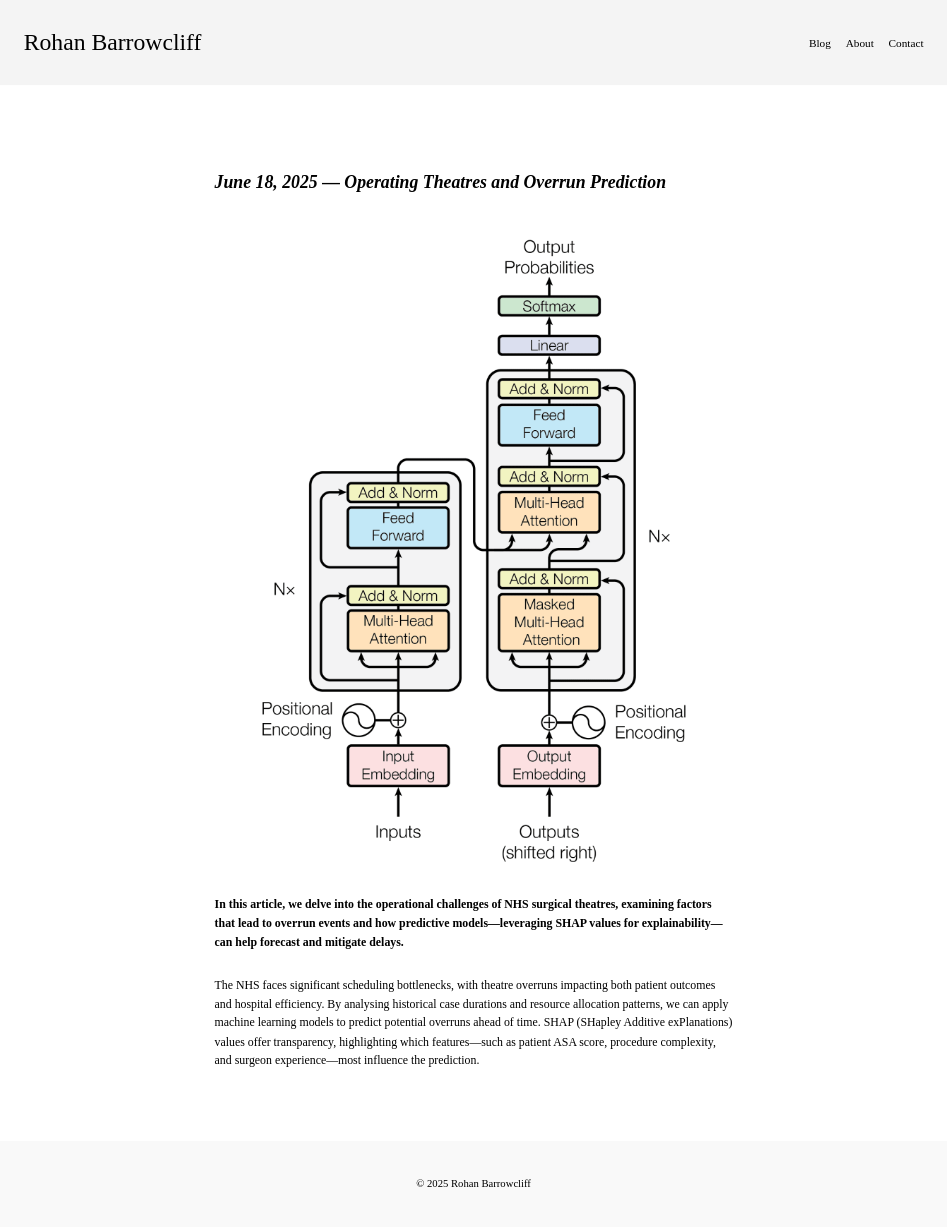
Repository: rgbweston/rgbweston.github.io
Page: operating-theatres-overrun-prediction.html
An editor plug-in stored every save of this project. The page is shown before and after the next save, followed by the edit.
The browser window is 1280 px wide. The pictures show the whole page, at 74% of full size.

Above is the page before, as saved 2025-06-26 11:44:03.

### operating-theatres-overrun-prediction.html
<!DOCTYPE html>
<html lang="en">
<head>
  <meta charset="UTF-8" />
  <meta name="viewport" content="width=device-width, initial-scale=1.0" />
  <meta name="description" content="Operating Theatres and Overrun Prediction by Rohan Barrowcliff" />
  <title>June 18, 2025 — Operating Theatres and Overrun Prediction</title>
  <!-- Favicon -->
  <link rel="icon" href="favicon.ico" type="image/x-icon" />
  <link rel="shortcut icon" href="favicon.ico" type="image/x-icon" />
  <link rel="stylesheet" href="style.css" />
</head>
<body>
  <header class="hero">
    <div class="navbar">
      <h1 class="site-title">Rohan Barrowcliff</h1>
      <nav class="nav-links">
        <a href="index.html#blog">Blog</a>
        <a href="index.html#about">About</a>
        <a href="index.html#contact">Contact</a>
      </nav>
    </div>
  </header>

  <main>
    <section class="section fade-in article-page">
      <h1 class="article-title" style="font-style:italic; font-weight:bold; text-align:left; margin:2rem 0;">
        June 18, 2025 — Operating Theatres and Overrun Prediction
      </h1>

      <img src="transformer.webp"
           alt="Operating Theatres Overrun"
           class="post-image large"
           style="display:block; margin:auto; max-width:90%; height:auto; margin-bottom:1.5rem;" />

      <p style="font-weight:bold; max-width:800px; margin-left:0; margin-bottom:2rem;">
        In this article, we delve into the operational challenges of NHS surgical theatres, examining factors that lead to overrun events and how predictive models—leveraging SHAP values for explainability—can help forecast and mitigate delays.
      </p>

      <!-- Full article content -->
      <p>The NHS faces significant scheduling bottlenecks, with theatre overruns impacting both patient outcomes and hospital efficiency. By analysing historical case durations and resource allocation patterns, we can apply machine learning models to predict potential overruns ahead of time. SHAP (SHapley Additive exPlanations) values offer transparency, highlighting which features—such as patient ASA score, procedure complexity, and surgeon experience—most influence the prediction.</p>
    </section>
  </main>

  <footer class="footer">
    <p>&copy; 2025 Rohan Barrowcliff</p>
  </footer>

  <script>
    // Simple fade-in animation on scroll
    const sections = document.querySelectorAll('.section');
    const observer = new IntersectionObserver(entries => {
      entries.forEach(entry => {
        if (entry.isIntersecting) {
          entry.target.classList.add('fade-in');
        }
      });
    }, { threshold: 0.1 });

    sections.forEach(sec => observer.observe(sec));
  </script>
</body>
</html>

### style.css
/* style.css */
body {
    margin: 0;
    font-family: 'Times New Roman', serif;
    line-height: 1.6;
    background: #fff;
    color: #000;
  }

  .navbar {
    display: flex;
    justify-content: space-between;
    align-items: center;
    padding: 2rem;
    background: #f4f4f4;
    flex-wrap: wrap;
  }

  .site-title {
    font-size: 2rem;
    margin: 0;
  }

  .nav-links a {
    margin-left: 1rem;
    text-decoration: none;
    color: #000;
    font-size: 0.95rem;
  }

  main {
    max-width: 700px;
    margin: auto;
    padding: 2rem 1rem;
  }

  .section {
    padding: 3rem 0;
    opacity: 0;
    transform: translateY(20px);
    transition: opacity 0.8s ease-out, transform 0.8s ease-out;
  }

  .section.fade-in {
    opacity: 1;
    transform: translateY(0);
  }

  h1, h2, h3 {
    font-weight: normal;
  }

  .post {
    margin-bottom: 3rem;
    text-align: center;
  }

  .post-image {
    width: 100%;
    max-width: 500px;
    height: auto;
    display: block;
    margin: 1rem auto;
  }

  .read-more {
    display: inline-block;
    margin-top: 1rem;
    text-decoration: underline;
    font-size: 0.9rem;
    color: #000;
  }

  .footer {
    text-align: center;
    padding: 2rem;
    background: #f9f9f9;
    font-size: 0.9rem;
  }

After the next save:
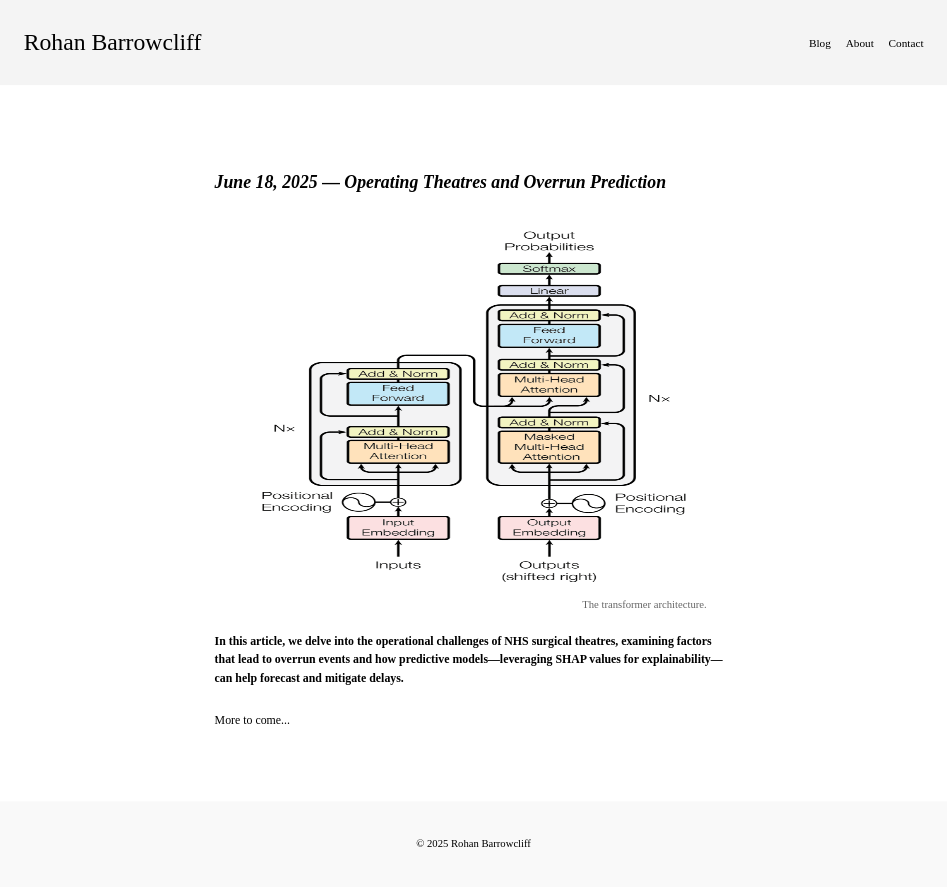
Saved 7 min 38 s later.
--- a/operating-theatres-overrun-prediction.html
+++ b/operating-theatres-overrun-prediction.html
@@ -13,7 +13,9 @@
 <body>
   <header class="hero">
     <div class="navbar">
-      <h1 class="site-title">Rohan Barrowcliff</h1>
+      <h1 class="site-title">
+        <a href="index.html" style="text-decoration:none;color:inherit;">Rohan Barrowcliff</a>
+      </h1>
       <nav class="nav-links">
         <a href="index.html#blog">Blog</a>
         <a href="index.html#about">About</a>
@@ -31,33 +33,22 @@
       <img src="transformer.webp"
            alt="Operating Theatres Overrun"
            class="post-image large"
-           style="display:block; margin:auto; max-width:90%; height:auto; margin-bottom:1.5rem;" />
+           style="display:block; margin:auto; max-width:90%; max-height:500px; height:auto; margin-bottom:0.5rem;" />
+      <p style="text-align:right; font-size:0.9rem; color:#666; margin:0 5% 1.5rem 0;">
+        The transformer architecture.
+      </p>
 
       <p style="font-weight:bold; max-width:800px; margin-left:0; margin-bottom:2rem;">
         In this article, we delve into the operational challenges of NHS surgical theatres, examining factors that lead to overrun events and how predictive models—leveraging SHAP values for explainability—can help forecast and mitigate delays.
       </p>
 
       <!-- Full article content -->
-      <p>The NHS faces significant scheduling bottlenecks, with theatre overruns impacting both patient outcomes and hospital efficiency. By analysing historical case durations and resource allocation patterns, we can apply machine learning models to predict potential overruns ahead of time. SHAP (SHapley Additive exPlanations) values offer transparency, highlighting which features—such as patient ASA score, procedure complexity, and surgeon experience—most influence the prediction.</p>
+      <p>More to come...</p>
     </section>
   </main>
 
   <footer class="footer">
     <p>&copy; 2025 Rohan Barrowcliff</p>
   </footer>
-
-  <script>
-    // Simple fade-in animation on scroll
-    const sections = document.querySelectorAll('.section');
-    const observer = new IntersectionObserver(entries => {
-      entries.forEach(entry => {
-        if (entry.isIntersecting) {
-          entry.target.classList.add('fade-in');
-        }
-      });
-    }, { threshold: 0.1 });
-
-    sections.forEach(sec => observer.observe(sec));
-  </script>
 </body>
 </html>
